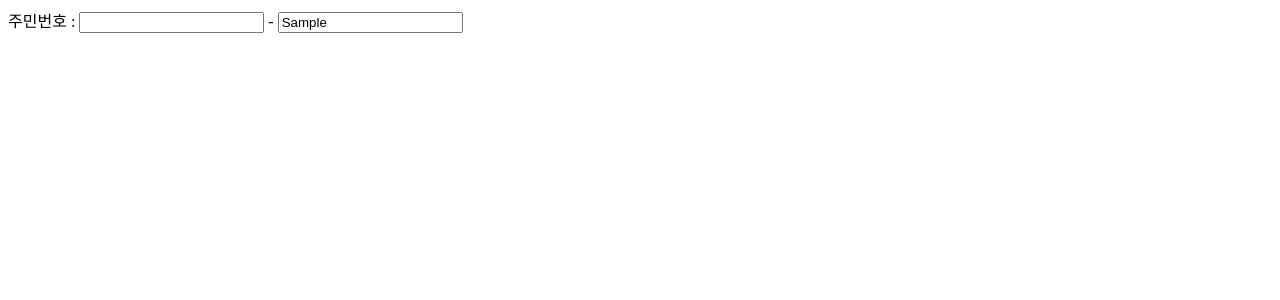
Repository: silenttemplar/java_start_project
Page: hansung_ee_2014/hansung_jquery_exercise/WebContent/register_number.html
An editor plug-in stored every save of this project. The page is shown before and after the next save, followed by the edit.
The browser window is 1280 px wide. The pictures show the whole page.
Empty fields were first filled with sample values (such as "Sample", 5 or name@example.com).
After loading, the first visible `#jumin1` was changed once.

Above is the page before, as saved 2014-08-28 01:59:10.

After the next save:
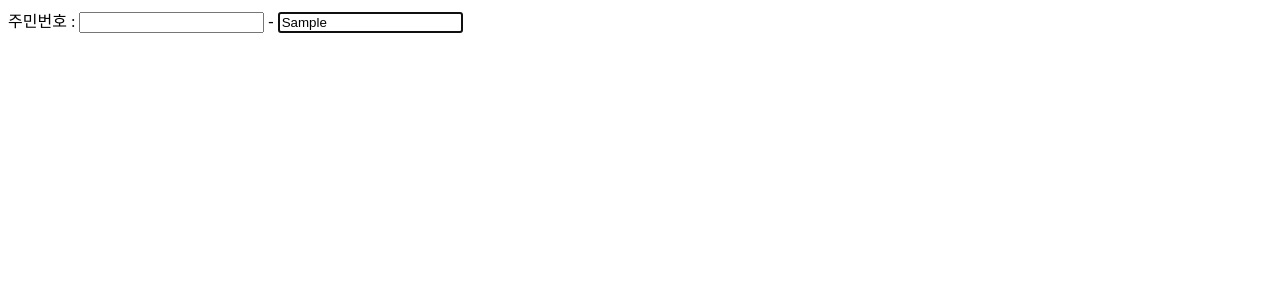
Saved 42 s later.
--- a/hansung_ee_2014/hansung_jquery_exercise/WebContent/register_number.html
+++ b/hansung_ee_2014/hansung_jquery_exercise/WebContent/register_number.html
@@ -5,27 +5,17 @@
 <title>주민번호 인증</title>
 <script src="./jquery-2.1.0.min.js"></script>
 <script type="text/javascript">
-
 	$(function(){
 		$("#jumin1").keyup(function(){
-			console.log($("#jumin1").size());
+// 			console.log($("#jumin1").size());
 
-			if($("#jumin1").length >= 6){
-				console.log("$(\"#jumin2\").focus()");
+// 			if($("#jumin1").length >= 6){
+// 				console.log("$(\"#jumin2\").focus()");
 
-				$("#jumin2").focus();
-			}
+// 				$("#jumin2").focus();
+// 			}
+			$("#jumin2").focus();
 		});
-	});
-
-	$("#jumin1").keyup(function(){
-		console.log($("#jumin1").size());
-
-		if($("#jumin1").length >= 6){
-			console.log("$(\"#jumin2\").focus()");
-
-			$("#jumin2").focus();
-		}
 	});
 
 </script>

After the save that followed:
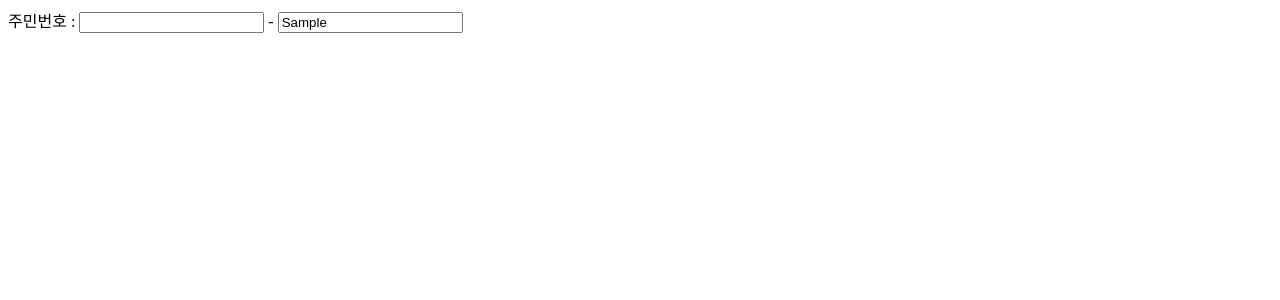
Saved 9 s later.
--- a/hansung_ee_2014/hansung_jquery_exercise/WebContent/register_number.html
+++ b/hansung_ee_2014/hansung_jquery_exercise/WebContent/register_number.html
@@ -14,7 +14,6 @@
 
 // 				$("#jumin2").focus();
 // 			}
-			$("#jumin2").focus();
 		});
 	});
 
